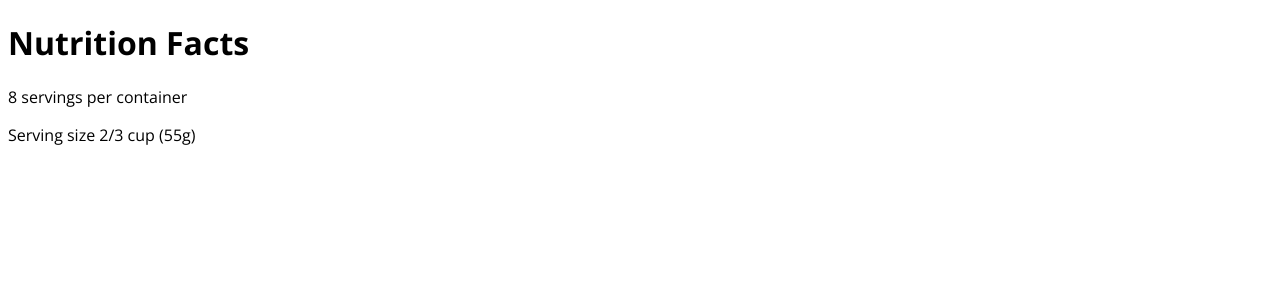
Repository: cipdanila/freeCodeCamp
Page: NutritionLabel/index.html
These files come from the project's save history. The page is drawn as it stood at one moment and after the next save; the edit follows.
The browser window is 1280 px wide. The pictures show the whole page.

Above is the page before, as saved 2023-10-09 19:19:12.

### NutritionLabel/index.html
<!DOCTYPE html>
<html lang="en">
<head>
    <meta charset="UTF-8">
    <meta name="viewport" content="width=device-width, initial-scale=1.0">
    <title>Nutrition Label</title>
    <link rel="stylesheet" href="https://fonts.googleapis.com/css?family=Open+Sans:400,700,800">
    <link rel="stylesheet" href="styles.css">
</head>
<body>
    <div class="label">
        <h1>Nutrition Facts</h1>
        <p>8 servings per container</p>
        <p>Serving size 2/3 cup (55g)</p>
    </div>
</body>
</html>

### NutritionLabel/styles.css
html {
    font-size: 16px;
}

body {
    font-family: "Open Sans", sans-serif;
}

After the next save:
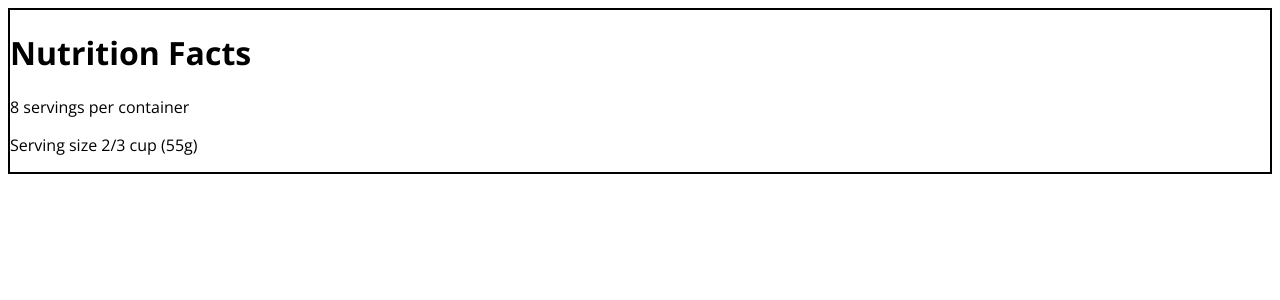
Saved 60 s later.
--- a/NutritionLabel/styles.css
+++ b/NutritionLabel/styles.css
@@ -5,3 +5,7 @@
 body {
     font-family: "Open Sans", sans-serif;
 }
+
+.label {
+    border: 2px solid black;
+}
